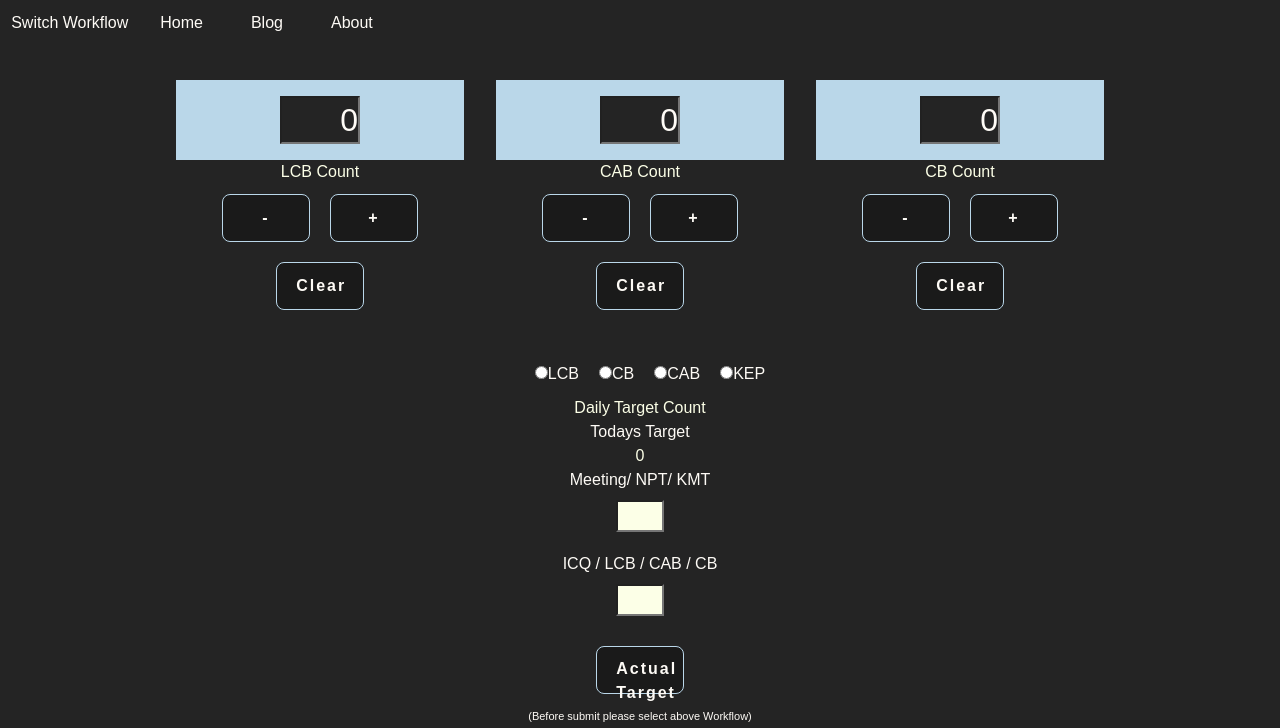
Repository: suraj-yadav7/SwitchWorkflow-Count-reactjs
Page: /
These files come from the project's save history. The page is drawn as it stood at one moment and after the next save; the edit follows.
The browser window is 1280 px wide. The pictures show the whole page.
Some web fonts or font styles are not loaded; a fallback is used. The project was rebuilt for these pictures with package versions that can differ from the ones it lists, and the page was loaded fresh each time.

Above is the page before, as saved 2023-04-20 11:19:58.

After the next save:
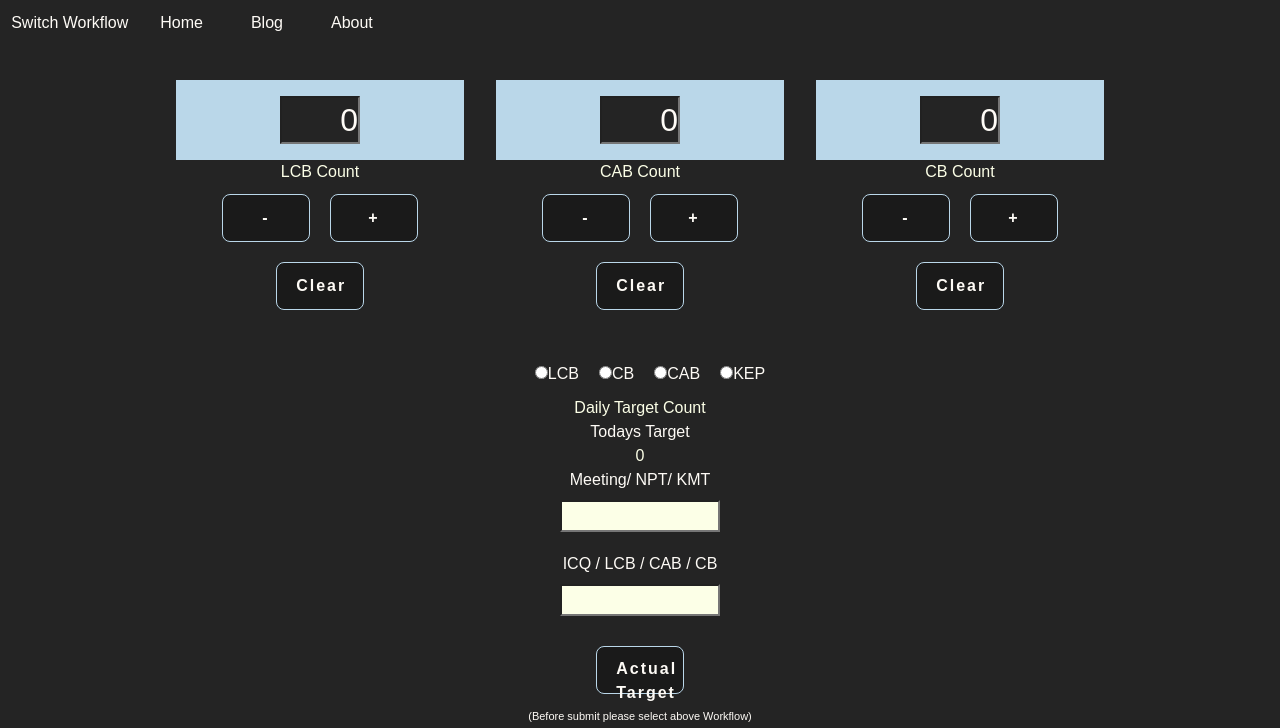
Saved 9 s later.
--- a/src/App.css
+++ b/src/App.css
@@ -31,7 +31,7 @@
   color: red;
   font-size: 1.3rem;
   height: 2rem;
-  width: 3rem;
+  width: 50%;
 }
 
 button{
